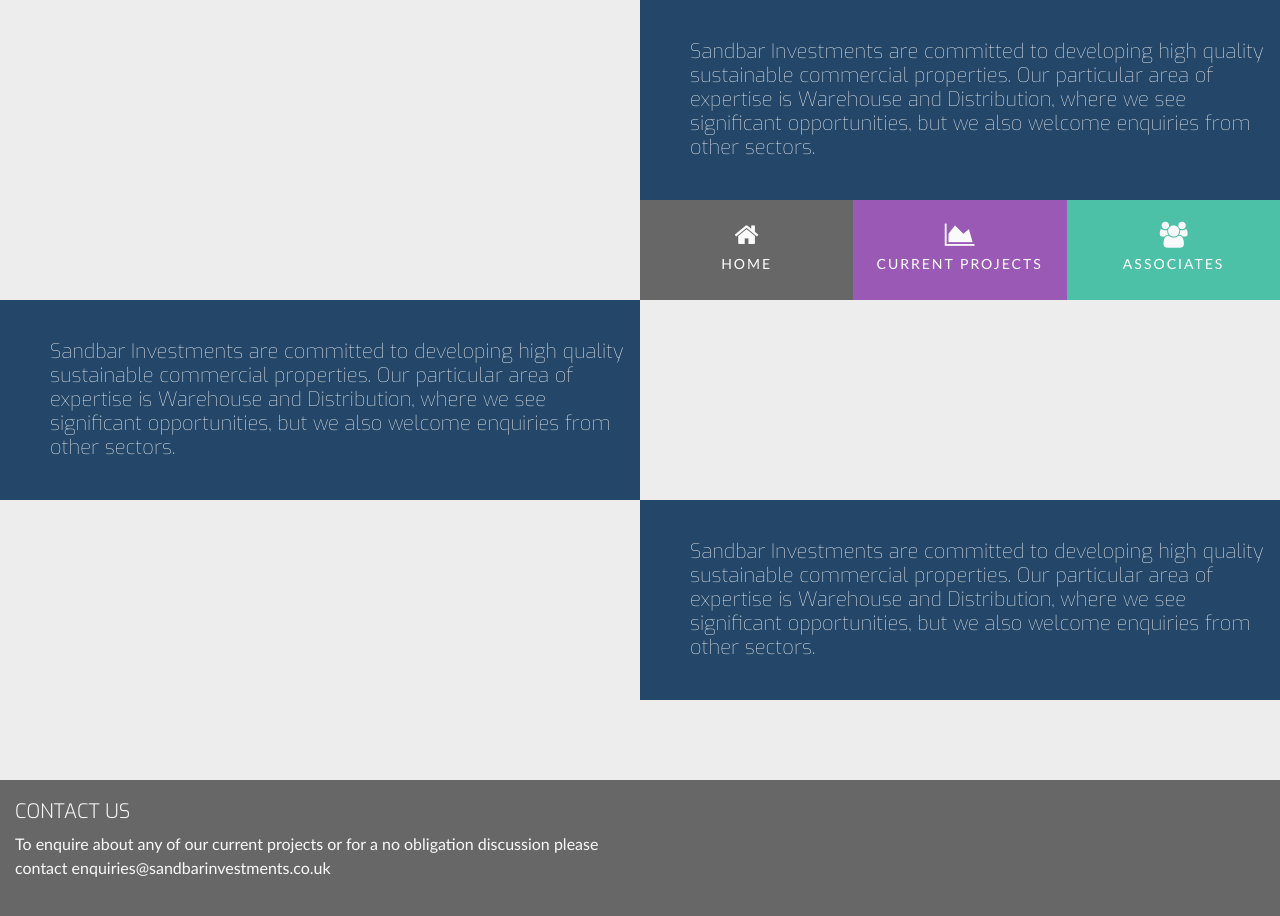
Repository: sykez12/Sandbar
Page: currentprojects.html
The author's editor kept a record of every edit. The page is drawn from the files as they stood at one moment, then again after the next edit.
The browser window is 1280 px wide. The pictures show the whole page.

Above is the page before.

### currentprojects.html
<!DOCTYPE html>
<html lang="en">
<head>
    <meta charset="UTF-8">
    <meta name="viewport" content="width=device-width, initial-scale=1.0">
    <meta http-equiv="X-UA-Compatible" content="ie=edge">
    <link rel="stylesheet" href="https://stackpath.bootstrapcdn.com/bootstrap/4.5.2/css/bootstrap.min.css" type="text/css" />
    <link rel="stylesheet" href="https://stackpath.bootstrapcdn.com/font-awesome/4.7.0/css/font-awesome.min.css" type="text/css" />
    <link rel="stylesheet" href="path/to/font-awesome/css/font-awesome.min.css">
    <link rel="stylesheet" href="https://cdnjs.cloudflare.com/ajax/libs/hover.css/2.3.1/css/hover-min.css" integrity="sha512-csw0Ma4oXCAgd/d4nTcpoEoz4nYvvnk21a8VA2h2dzhPAvjbUIK6V3si7/g/HehwdunqqW18RwCJKpD7rL67Xg==" crossorigin="anonymous" />
    <link rel="stylesheet" href="assets/css/style.css" type="text/css" />
    <title>Sandbar Investments</title>
</head>
<body>
    <header>
        <div class="row no-gutters">
            <a href="index.html" class="col-md-6 logo">

            </a>
            <div class="col-md-6">
                <div class="row no-gutters bg-colour-name">
                    <div class="col heading">
                        <h1 class="name">Sandbar Investments are committed to developing high quality sustainable commercial properties. Our particular area of expertise is Warehouse and Distribution, where we see significant opportunities, but we also welcome enquiries from other sectors.

                        </h1>
                    </div>
                </div>
                <div class="row no-gutters">
                    <div class="col">
                        <ul id="nav" class="list-inline menucontainer">
                            <li class="col-6 col-sm-4 ui-menu-color-home list-inline-item menuitem">
                                <a href="index.html" class="hvr-sweep-to-bottom"><i class="fa fa-home" aria-hidden="true"></i><span>Home</span></a>
                            </li>
                            <li class="col-6 col-sm-4 ui-menu-color-current-projects list-inline-item menuitem">
                                <a href="currentprojects.html" class="hvr-sweep-to-bottom"><i class="fa fa-area-chart" aria-hidden="true"></i><span>Current Projects</span></a>
                            </li>
                            <li class="col-6 col-sm-4 ui-menu-color-associates list-inline-item menuitem">
                                <a href="associates.html" class="hvr-sweep-to-bottom"><i class="fa fa-users" aria-hidden="true"></i><span>Associates</span></a>
                            </li>
                        </ul>
                    </div>
                </div>

            </div>
        </div>
    </header>
    <section>
        <div class="row no-gutters">
            <div class="col-md-6">
                <div class="row no-gutters bg-colour-name">
                    <div class="col heading">
                        <h1 class="name">Sandbar Investments are committed to developing high quality sustainable commercial properties. Our particular area of expertise is Warehouse and Distribution, where we see significant opportunities, but we also welcome enquiries from other sectors.

                        </h1>
                    </div>
                </div>

            </div>
        </div>
        <div class="row no-gutters">
            <a href="index.html" class="col-md-6 sandbar-site-two">

            </a>
            <div class="col-md-6">
                <div class="row no-gutters bg-colour-name">
                    <div class="col heading">
                        <h1 class="name">Sandbar Investments are committed to developing high quality sustainable commercial properties. Our particular area of expertise is Warehouse and Distribution, where we see significant opportunities, but we also welcome enquiries from other sectors.

                        </h1>
                    </div>
                </div>

            </div>
        </div>

    </section>
    <footer class="container-fluid">
        <div class="row">
            <div class="col-sm-6">
                <h5 class="uppercase general-sub">Contact Us</h5>
                <p class="inline-block">To enquire about any of our current projects or for a no obligation discussion please contact

                enquiries@sandbarinvestments.co.uk
                </p>
            </div>
        </div>

    </footer>
</body>
</html>

### assets/css/style.css
@import url('https://fonts.googleapis.com/css2?family=Roboto:ital,wght@0,100;0,300;0,400;0,500;0,700;0,900;1,100;1,300;1,400;1,500;1,700;1,900&display=swap');
@import url('https://fonts.googleapis.com/css2?family=Exo:ital,wght@0,100;0,200;0,300;0,400;0,500;0,600;0,700;0,800;0,900;1,100;1,200;1,300;1,400;1,500;1,600;1,700;1,800;1,900&display=swap');

/*----------------------------------------Colours */

.bg-colour-name {
    background-color: #244769;
}

.bg-color-our-approach {
    background-color: #244769;
}

.ui-menu-color-home {
    background-color: #676767;
}

.ui-menu-color-current-projects {
    background-color: #9b59b6;
}

.ui-menu-color-associates {
    background-color: #4CC1A8;
}

/*----------------------------------------Special paddings/margins/text */

h1,
h2,
h3,
h4 {
    margin: 0;
}

.uppercase {
    text-transform: uppercase;
}

.general-sub {
    font-family: "Exo", sans-serif;
    font-weight: 300;
    color: #fafafa;
}

.inline-block {
    display: inline-block;
}


.section-column {
    display: table-cell;
    padding: 0 30px 30px;
    float: none;
}

.section-heading {
    font-family: "Exo", sans-serif;
    font-weight: 400;
    margin-top: 50px;
    margin-bottom: 50px;
    display: block;
    width: 100%;
    padding-top: 5px;
    text-align: center;
    text-transform: uppercase;
    font-size: 20px;
    letter-spacing: 2px;
    color: #FFF;
}

.values {
    font-family: "Exo", sans-serif;
    font-weight: 400;
    margin-top: 50px;
    margin-bottom: 50px;
    display: block;
    width: 100%;
    padding-top: 16px;
    padding-bottom: 16px;
    text-align: center;
    text-transform: uppercase;
    font-size: 30px;
    letter-spacing: 2px;
    color: #000000;
}

.three-values {
    font-family: "Exo", sans-serif;
    font-weight: 400;
    margin-top: 50px;
    margin-bottom: 50px;
    display: block;
    width: 100%;
    padding-top: 10px;
    padding-bottom: 10px;
    text-align: center;
    text-transform: uppercase;
    font-size: 20px;
    letter-spacing: 2px;
    color: #FFF;
}

.assoc {
    font-family: "Exo", sans-serif;
    font-weight: 400;
    margin-top: 20px;
    margin-bottom: 20px;
    display: block;
    width: 100%;
    padding-top: 2px;
    text-align: center;
    text-transform: uppercase;
    font-size: 20px;
    letter-spacing: 2px;
    color: #000000;
}
/*----------------------------------------Heading */

header {
    margin: 0;
}

.heading {
    margin-left: 50px;
}

.logo {
    background-size: cover;
    background-position: center;
    background-repeat: no-repeat;
    transition: all .5s ease-in-out;
    -moz-transition: all .5s ease-in-out;
    -webkit-transition: all .5s ease-in-out;
}

.sandbar-site-one {
    background-position: center;
    background-repeat: no-repeat;
    background-size: cover;
    min-height: 280px;
    transition: all .5s ease-in-out;
    -moz-transition: all .5s ease-in-out;
    -webkit-transition: all .5s ease-in-out;
}

.sandbar-site-two {
    background-position: center;
    background-repeat: no-repeat;
    background-size: cover;
    min-height: 280px;
    transition: all .5s ease-in-out;
    -moz-transition: all .5s ease-in-out;
    -webkit-transition: all .5s ease-in-out;
}

.name {
    font-family: "Exo", sans-serif;
    font-weight: 100;
    font-size: 20px;
    margin-top: 40px;
    margin-bottom: 40px;
    color: #FFF;
}

.list-inline-item:not(:last-child) {
    margin: 0;
}

.menucontainer {
    font-size: 0;
}

#nav {
    margin: 0;
}

#nav li {
    font-size: 14px;
    padding: 0;
}

.menuitem {
    height: 100px;
    text-align: center;
    padding: 0;
}

.menuitem a {
    width: 100%;
    text-decoration: none;
    color: #fff;
    height: 120px;
}

.menuitem a i {
    padding-top: 22px;
    display: block;
    color: #fafafa;
    font-size: 26px;
}

.menuitem span {
    display: block;
    width: 100%;
    padding-top: 5px;
    text-align: center;
    text-transform: uppercase;
    font-size: 14px;
    font-weight: 300;
    letter-spacing: 2px;
}

/*----------------------------------------Hover.css */

.hvr-sweep-to-bottom:before {
    background: rgba(0, 0, 0, 0.2);
    height: 120px;
}

/*----------------------------------------Footer */

footer {
    background-color: #676767;
    color: #fafafa;
    min-height: 120px;
    margin: 0;
    padding:20px;

}

body, html {
    margin: 0px;
    padding: 0px;
    background-color: #ededed;
    font-family: 'Trebuchet MS';
}

After the next edit:
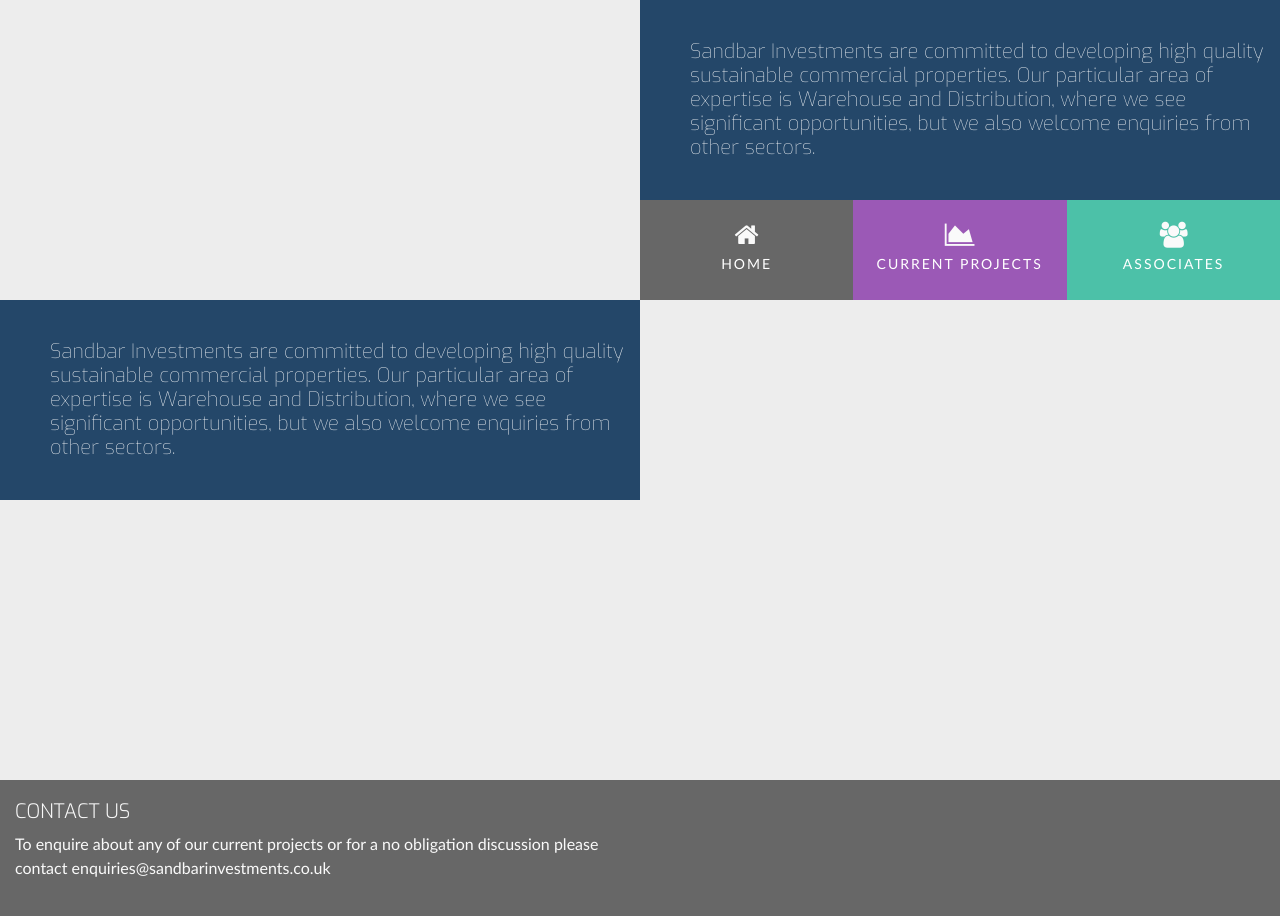
The edit:
--- a/currentprojects.html
+++ b/currentprojects.html
@@ -61,16 +61,7 @@
             <a href="index.html" class="col-md-6 sandbar-site-two">
 
             </a>
-            <div class="col-md-6">
-                <div class="row no-gutters bg-colour-name">
-                    <div class="col heading">
-                        <h1 class="name">Sandbar Investments are committed to developing high quality sustainable commercial properties. Our particular area of expertise is Warehouse and Distribution, where we see significant opportunities, but we also welcome enquiries from other sectors.
 
-                        </h1>
-                    </div>
-                </div>
-
-            </div>
         </div>
 
     </section>
